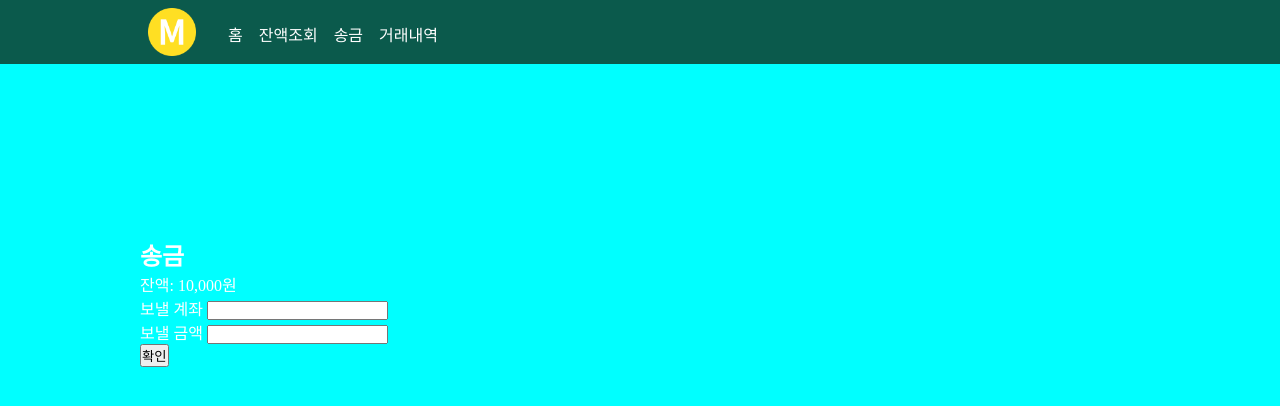
Repository: JiNookk/makaobank
Page: week06/makaoBank/transfer.html
An editor plug-in stored every save of this project. The page is shown before and after the next save, followed by the edit.
The browser window is 1280 px wide. The pictures show the whole page.

Above is the page before, as saved 2022-09-13 17:00:24.

After the next save:
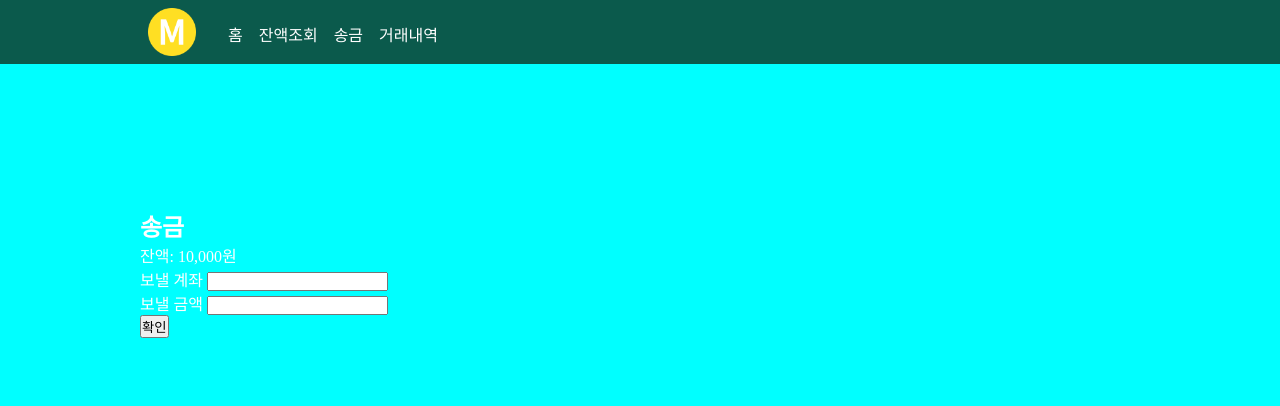
Saved 20 s later.
--- a/week06/makaoBank/css/layout.css
+++ b/week06/makaoBank/css/layout.css
@@ -1,6 +1,6 @@
 body{
     display: grid;
-    grid: 4rem 24vh 300px 24vh / 1fr 500px 500px 1fr;
+    grid: 4rem 20vh 300px 24vh / 1fr 500px 500px 1fr;
 
     grid-template-areas:
     "header header header header"
